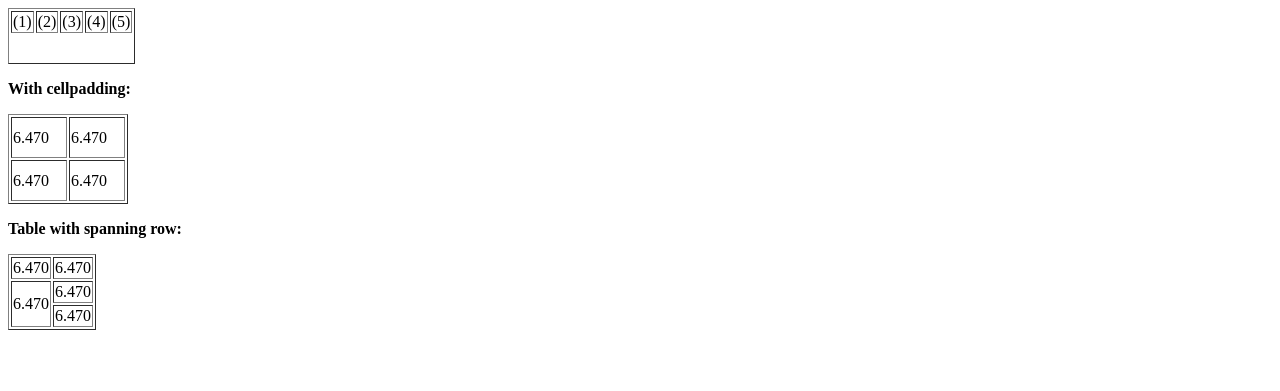
Repository: PhamChiXuan1/HTCNW_tuan3_DHCNTT16C_PhamChiXuan_20030131
Page: bt6b.html
An editor plug-in stored every save of this project. The page is shown before and after the next save, followed by the edit.
The browser window is 1280 px wide. The pictures show the whole page.

Above is the page before, as saved 2022-02-26 22:48:07.

After the next save:
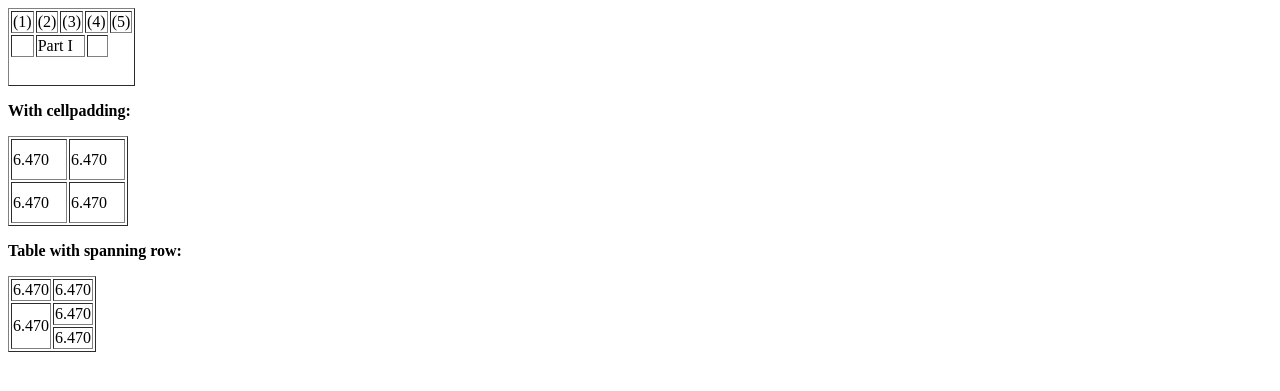
Saved 80 s later.
--- a/bt6b.html
+++ b/bt6b.html
@@ -15,7 +15,11 @@
         <td colspan="2">(4)</td>
         <td>(5)</td>
         </tr>
-        <tr></tr>
+        <tr>
+            <td></td>
+            <td colspan="3">Part I</td>
+            <td></td>
+        </tr>
         <tr></tr>
         <tr></tr>
         <tr></tr>
